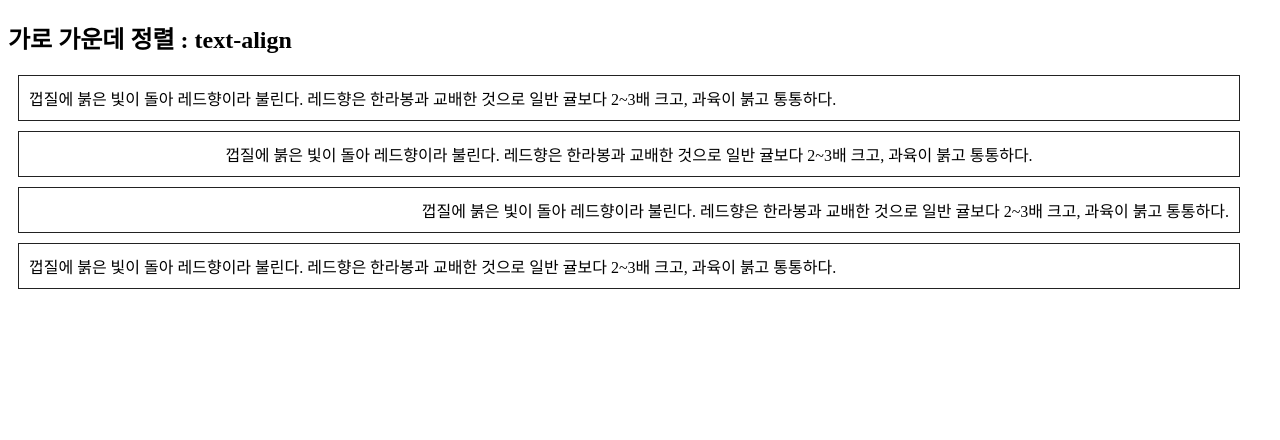
Repository: Kebiskim/2023_WebStudy
Page: 01_css/src/main/webapp/day01/Ex06_Font_Line_Height.html
These files come from the project's save history. The page is drawn as it stood at one moment and after the next save; the edit follows.
The browser window is 1280 px wide. The pictures show the whole page.

Above is the page before, as saved 2023-06-23 03:35:50.

After the next save:
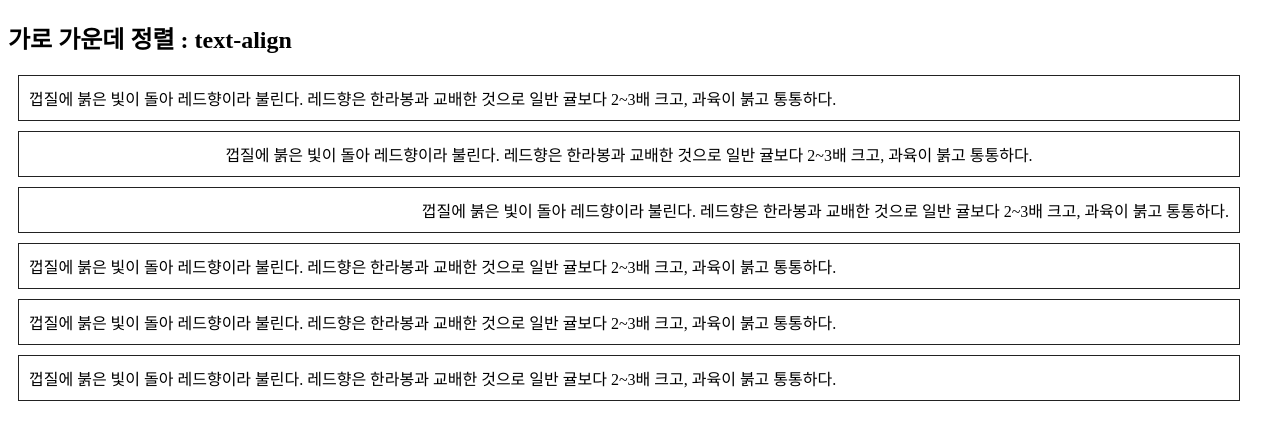
Saved 2 min 8 s later.
--- a/01_css/src/main/webapp/day01/Ex06_Font_Line_Height.html
+++ b/01_css/src/main/webapp/day01/Ex06_Font_Line_Height.html
@@ -32,6 +32,10 @@
 	<!-- 양쪽 정렬 -->
 	<p class="justify">껍질에 붉은 빛이 돌아 레드향이라 불린다.
 	레드향은 한라봉과 교배한 것으로 일반 귤보다 2~3배 크고, 과육이 붉고 통통하다.</p>
+	<p class="small">껍질에 붉은 빛이 돌아 레드향이라 불린다.
+	레드향은 한라봉과 교배한 것으로 일반 귤보다 2~3배 크고, 과육이 붉고 통통하다.</p>
+	<p class="justify">껍질에 붉은 빛이 돌아 레드향이라 불린다.
+	레드향은 한라봉과 교배한 것으로 일반 귤보다 2~3배 크고, 과육이 붉고 통통하다.</p>
 
 </body>
 </html>
